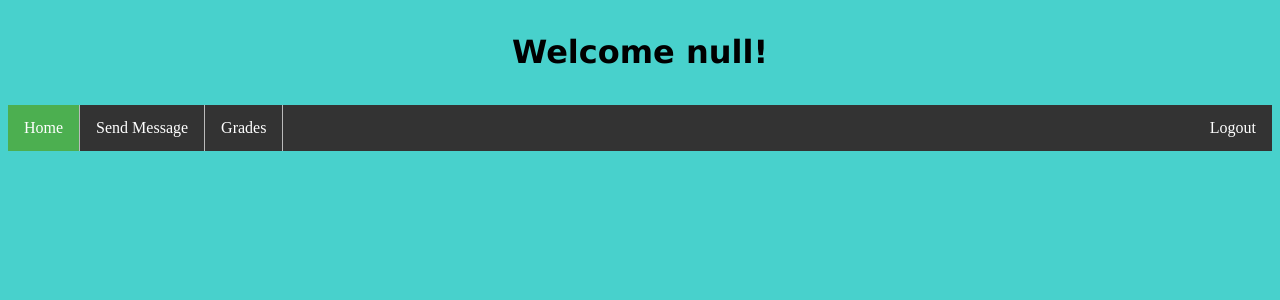
Repository: orsolyanemet/WebProject
Page: http://localhost/Project/userhome.jsp
An editor plug-in stored every save of this project. The page is shown before and after the next save, followed by the edit.
The browser window is 1280 px wide. The pictures show the whole page.
The page is served by Tomcat 9. Nobody is signed in. The application's start-up code is not run. Other server files are loaded and not shown.

Above is the page before, as saved 2018-06-11 20:05:48.

### Project/WebContent/userhome.jsp
<!--Nemet Orsolya, noim1553, 532/1 csoport, Project -->
<!DOCTYPE html>
<html>
<head>
<title>Event Organizer</title>
<link rel="stylesheet" type="text/css" href="styles/userhome.css">
</head>
<body>
	<h1>
		Welcome
		<%
		out.print(request.getSession().getAttribute("logedUsername"));
	%>!
	</h1>
	<ul>
		<li><a class="active" href="userhome.jsp">Home</a></li>
		<li><a href="">Send Message</a></li>
		<li><a href="">Grades</a></li>
		</li>
		<li class="right" onclick="logout('')"><a href="">Logout</a></li>
	</ul>
</body>
</html>

### Project/WebContent/styles/userhome.css
/*Nemet Orsolya, noim1553, 532 csoport*/
/*Project*/
body{
	background-color: #48D1CC;
}
h1 {
	text-align: center;
	font-family: Verdana;
	padding: 12px 20px;
}
h2,h3,h4{
	font-family: Verdana;
}
ul {
    list-style-type: none;
    margin: 0;
    padding: 0;
    overflow: hidden;
    background-color: #333;
}

li {
    float: left;
    border-right:1px solid #bbb;
}

li:last-child {
    border-right: none;
}

li a {
    display: block;
    color: white;
    text-align: center;
    padding: 14px 16px;
    text-decoration: none;
}

li a:hover:not(.active) {
    background-color: #111;
}

.active {
    background-color: #4CAF50;
}
.right{
	float:right;
}

After the next save:
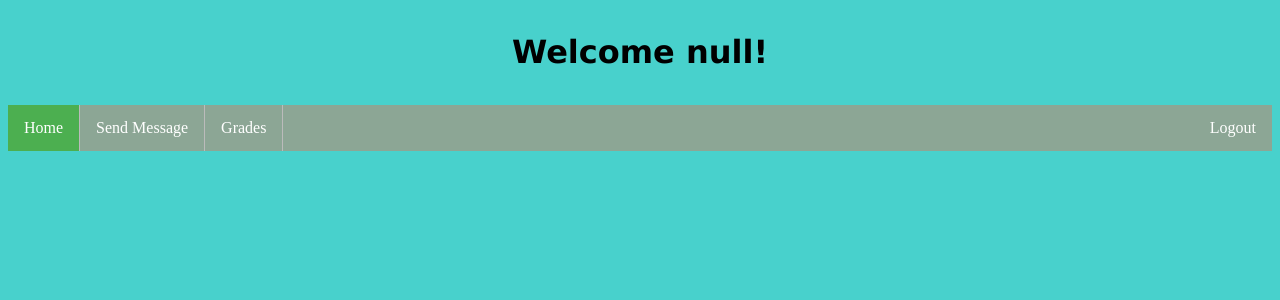
Saved 5 min 21 s later.
--- a/Project/WebContent/styles/userhome.css
+++ b/Project/WebContent/styles/userhome.css
@@ -16,7 +16,7 @@ ul {
     margin: 0;
     padding: 0;
     overflow: hidden;
-    background-color: #333;
+    background-color: #8CA695;
 }
 
 li {
